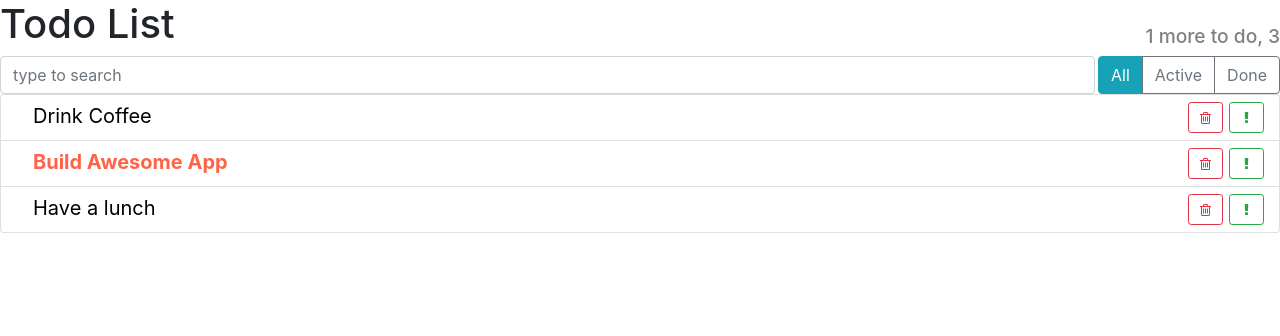
Repository: max535/react-todo-list
Page: /
These files come from the project's save history. The page is drawn as it stood at one moment and after the next save; the edit follows.
The browser window is 1280 px wide. The pictures show the whole page.
The project was rebuilt for these pictures with package versions that can differ from the ones it lists, and the page was loaded fresh each time.

Above is the page before, as saved 2022-01-16 00:40:50.

### public/index.html
<!DOCTYPE html>
<html>
  <head>
    <meta charset="utf-8" />
    <meta
        name="viewport"
        content="width=device-width, initial-scale=1">
    <link rel="stylesheet"
          href="https://stackpath.bootstrapcdn.com/font-awesome/4.7.0/css/font-awesome.min.css">
    <link rel="stylesheet"
          href="https://stackpath.bootstrapcdn.com/bootstrap/4.1.3/css/bootstrap.min.css">
    <title>Todo App</title>
  </head>
  <body>
      <div id="root"></div>
  </body>
</html>

### src/index.js
import React from 'react';
import ReactDOM from 'react-dom';

import { App } from './components/App';

ReactDOM.render(<App />, document.getElementById('root'));

### src/components/App/index.jsx
import React from 'react';

import { AppHeader } from '../AppHeader';
import { SearchPanel } from '../SearchPanel';
import { TodoList } from '../TodoList';
import { ItemStatusFilter } from '../ItemStatusFilter/index.jsx';

import './App.css';

export const App = () => {

    const todoData = [
        {label: 'Drink Coffee', important: false, id: 1},
        {label: 'Build Awesome App', important: true, id: 2},
        {label: 'Have a lunch', impportant: false, id: 3},
    ];

    return (
        <div className="todo-app">
            <AppHeader toDo={1} done={3} />
            <div className="top-panel d-flex">
                <SearchPanel />
                <ItemStatusFilter />
            </div>
            <TodoList todos={todoData} />
        </div>
    );
};

### src/components/AppHeader.jsx
import React from 'react';

import './AppHeader.css';

export const AppHeader = ({toDo, done}) => {
    return (
        <div className="app-header d-flex">
            <h1>Todo List</h1>
            <h2>{toDo} more to do, {done}</h2>
        </div>
    );
};

### src/components/SearchPanel.jsx
import React from 'react';

import './SearchPanel.css';

export const SearchPanel = () => {
    return (
        <input
            type="text"
            className="form-control search-input"
            placeholder="type to search"
        />
    );
}

### src/components/TodoList.jsx
import React from 'react';

import { TodoListItem } from './TodoListItem';

import './TodoList.css';

export const TodoList = ({todos}) => {

    const elements = todos.map((item) => {
        const {id, ...itemProps} = item;

        return (
            <li key={id} className="list-group-item">
                <TodoListItem {...itemProps} />
            </li>
        );
    });

    return (
        <ul className="list-group todo-list">
            {elements}
        </ul>
    );
};

### src/components/ItemStatusFilter/index.jsx
import React from 'react';

import './ItemStatusFilter.css';

export const ItemStatusFilter = () => {
    return (
        <div className="btn-group">
            <button type="button"
                    className="btn btn-info">All</button>
            <button type="button"
                    className="btn btn-outline-secondary">Active</button>
            <button type="button"
                    className="btn btn-outline-secondary">Done</button>
        </div>
    );
};

### src/components/SearchPanel.css
.search-input {
    width: auto;
    flex-grow: 1;
    margin-right: 3px;
}

### src/components/TodoListItem.jsx
import React from 'react';

import './TodoListItem.css';

export const TodoListItem = ({label, important = false}) => {

    const style = {
        color: important ? 'tomato' : 'black',
        fontWeight: important ? 'bold' : 'normal'
    };

    return (
        <span className="todo-list-item">
            <span
                className="todo-list-item-label"
                style={style}
            >
                {label}
            </span>

            <button
                type="button"
                className="btn btn-outline-success btn-sm float-right"
            >
                <i className="fa fa-exclamation" />
            </button>

            <button
                type="button"
                className="btn btn-outline-danger btn-sm float-right"
            >
                <i className="fa fa-trash-o" />
            </button>
        </span>
    );
};

### src/components/App/App.css
/* .todo-app {
    margin: 2rem auto 0 auto;
    max-width: 400px;
}

.top-panel {
    margin: 1rem 0;
} */

Loaded but not shown: src/components/AppHeader.css (common file); src/components/TodoList.css (common file); src/components/TodoListItem.css (common file); src/components/ItemStatusFilter/ItemStatusFilter.css (no stored copy; drawn as an empty file)

After the next save:
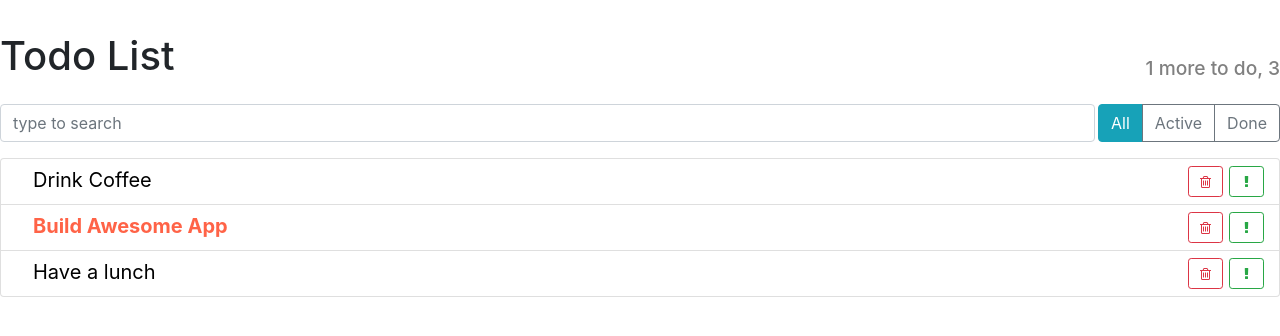
Saved 18 h 32 min later.
--- a/src/components/App/App.css
+++ b/src/components/App/App.css
@@ -1,8 +1,8 @@
-/* .todo-app {
+.todo-app {
     margin: 2rem auto 0 auto;
-    max-width: 400px;
+    /* max-width: 400px; */
 }
 
 .top-panel {
     margin: 1rem 0;
-} */
+}
